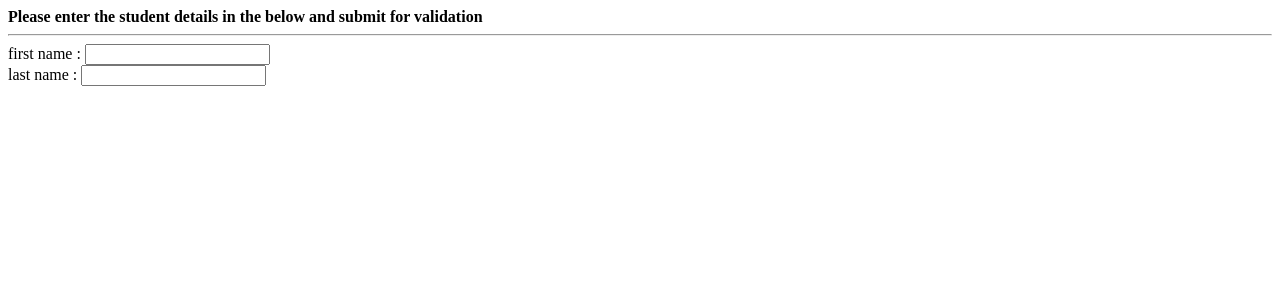
Repository: mdmyr/SpringFrameWorkout
Page: http://localhost/Spring-mvc-formTagSubmit/WEB-INF/view/showStudentForm.jsp
The author's editor kept a copy of each file at every save. The page is drawn from the files as they stood at one save, then again after the next save.
The browser window is 1280 px wide. The pictures show the whole page.
The page is served by Tomcat 9. Nobody is signed in. Other server files are loaded and not shown. The template is opened directly, without the code that normally fills it, so the values that code supplies are empty.

Above is the page before, as saved 2020-12-07 05:25:37.

### Spring-mvc-formTagSubmit/WebContent/WEB-INF/view/showStudentForm.jsp
<%@ taglib prefix="form" uri="http://www.springframework.org/tags/form" %>
<!DOCTYPE html>
<html>
<head>
<meta charset="ISO-8859-1">
<title>Student form</title>
</head>
<body>
<b>Please enter the student details in the  below and submit for validation</b>
<hr>

<form:form action="formProcess" modelAttribute="student">

first name : <form:input path="firstname"/>
<br>
last  name : <form:input path="lastname"/>
</form:form>


</body>
</html>

After the next save:
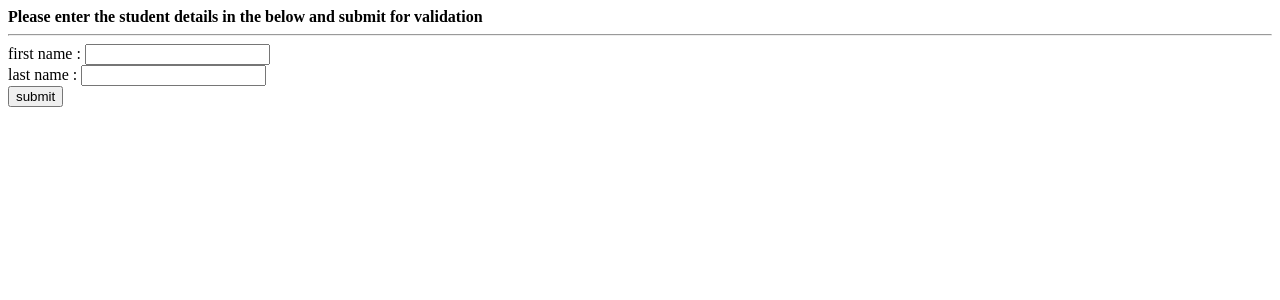
Saved 69 s later.
--- a/Spring-mvc-formTagSubmit/WebContent/WEB-INF/view/showStudentForm.jsp
+++ b/Spring-mvc-formTagSubmit/WebContent/WEB-INF/view/showStudentForm.jsp
@@ -16,6 +16,7 @@ first name : <form:input path="firstname"/>
 last  name : <form:input path="lastname"/>
 </form:form>
 
+<input type="submit" value="submit">
 
 </body>
 </html>
